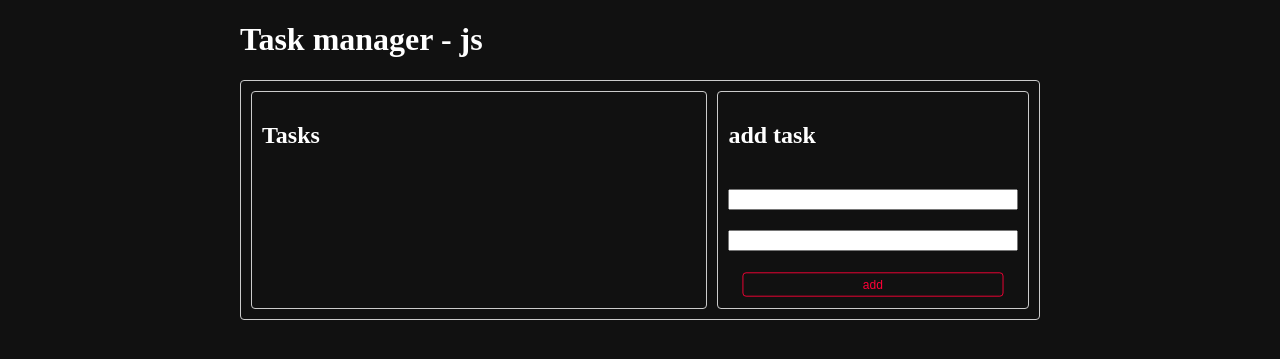
Repository: iKrekus/taskmgr-js
Page: index.html
These files come from the project's save history. The page is drawn as it stood at one moment and after the next save; the edit follows.
The browser window is 1280 px wide. The pictures show the whole page.
The first visible `.btn__add` is being pressed.

Above is the page before, as saved 2024-03-15 16:49:01.

### index.html
<!DOCTYPE html>
<html>
<head>
  <meta charset='utf-8'>
  <meta http-equiv='X-UA-Compatible' content='IE=edge'>
  <title>Task manager - js</title>
  <meta name='viewport' content='width=device-width, initial-scale=1'>
  <link rel='stylesheet' type='text/css' media='screen' href='style.css'>
</head>
<body>
<main class="task-mgr">
  <h1>Task manager - js</h1>
  <div class="task-mgr__container container">
    <div class="task-mgr__tasks-box container">
      <h2>Tasks</h2>
      <ul class="task-mgr__list">
      </ul>
    </div>
    <div class="task-mgr__add-task container">
      <h2>add task</h2>
      <label for="title">
        <input type="text" name="title" id="task-title" class="task-mgr__field">
      </label>
      <label for="description">
        <input type="text" name="description" id="task-description" class="task-mgr__field">
      </label>
      <button type="button" class="btn btn__add" id="btn-add">add</button>
    </div>
  </div>
</main>
<template id="task-tmpl">
  <li>
  <p class="task-title"></p>
  <p class="task-description"></p>
  <button type="button" class="btn btn__remove"></button>
  </li>
</template>
<script src='app.js'></script>
</body>
</html>

### style.css
body {
  background-color: #111111;
  color: #ffffff;
}

.task-mgr {
  max-width: 800px;
  margin: 0 auto;
}

.task-mgr__list {
  list-style-type: none;
  padding: 0;
}

.task-mgr__list li {
  box-shadow: 0 0 10px -5px #ffffff;
  border-radius: 4px;
  padding: 4px 6px;
  position: relative;
  margin-bottom: 16px;
  transition: all .4s ease-in-out;
}

.task-mgr__list p{
  margin: 0;
}

.task-mgr__container {
  display: flex;
  gap: 10px;
}

.task-mgr__tasks-box {
  width: 60%;
}

.task-mgr__add-task {
  width: 40%;
  display: flex;
  flex-direction: column;
  gap: 20px;

}

.task-mgr__add-task label {
  display: flex;
  flex-direction: row;
}


.task-mgr__field {
  width: 100%;
  padding: 1px 5px;
}

.task-mgr-btn {
  width: 100%;
}

.container {
  border: 1px solid #cccccc;
  border-radius: 4px;
  padding: 10px;
}

.task-title {
  font-size: 1.2em;
  color: #ff0037;
  background-color: #222222;
  padding: 0 5px;
  border-radius: 4px 4px 0 0;
}

.task-description {
  background-color: #444444;
  padding: 0 5px;
  border-radius: 0 0 4px 4px;
}

.btn {
  background: none;
  border: 1px solid #ffffff;
  padding: 5px 10px;
  border-radius: 4px;
  color: #ffffff;
}

.btn {
  transition: all .3s ease-in-out;
}

.btn:hover,
.btn:focus {
  cursor: pointer;
  transition: all .3s ease-in-out;
}

.btn__add:active {
  transform: scale(0.90);
}

.btn__add:hover {
  color: #ff0037;
  border-color: #ff0037;
}

.btn__remove {
  position: absolute;
  content: "";
  top: -8px;
  right: -6px;
  width: 16px;
  height: 16px;
  padding: 0;
}


.btn__remove::before {
  position: absolute;
  left: 50%;
  top: 50%;
  transform: translate(-50%, -50%) rotate(-45deg);
  content: "";
  height: 1px;
  width: 10px;
  background-color: #ffffff;
}

.btn__remove::after {
  position: absolute;
  left: 50%;
  top: 50%;
  transform: translate(-50%, -50%) rotate(45deg);
  content: "";
  height: 1px;
  width: 10px;
  background-color: #ffffff;
}

.btn__remove:hover::before {
  transform: translate(-50%, -50%) rotate(180deg);
  transition: all .3s ease-in-out;
}


.btn__remove:hover::after {
  transform: translate(-50%, -50%) rotate(180deg);
  transition: all .3s ease-in-out;
}

.task-mgr__list li:has(.btn__remove:hover) {
  transform: translateY(-5px);
  transition: all .4s ease-in-out;
}

### app.js
const taskTitleField = document.querySelector('#task-title');
const taskDescriptionField = document.querySelector('#task-description');
const buttonAdd = document.querySelector('#btn-add');
const taskTitle = document.querySelector('.task-mgr__list');
const taskTemplate = document.querySelector('#task-tmpl').content;

buttonAdd.addEventListener('click', function () {
  if (taskTitleField.value && taskDescriptionField.value) {
  createTask(taskTitleField.value, taskDescriptionField.value);
  clear();
  }

})

function clear(){
  taskTitleField.value='';
  taskDescriptionField.value='';
};

function createTask (name, description) {
  const task = taskTemplate.cloneNode(true);
  task.querySelector('.task-title').textContent = name;
  task.querySelector('.task-description').textContent = description;
  task.querySelector('.btn__remove').addEventListener('click', function(){
    this.closest('LI').remove();
  });
  renderTask(task)
}

function renderTask (task) {
  const taskElement = document.createDocumentFragment();
  taskElement.append(task);
  taskTitle.append(taskElement);
}

After the next save:
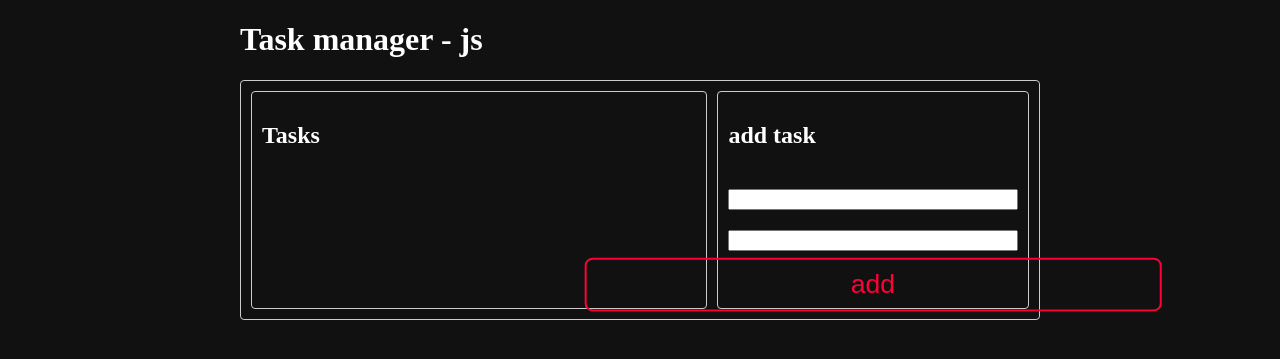
Saved 26 s later.
--- a/style.css
+++ b/style.css
@@ -97,7 +97,7 @@ body {
 }
 
 .btn__add:active {
-  transform: scale(0.90);
+  transform: scale(1.99);
 }
 
 .btn__add:hover {
